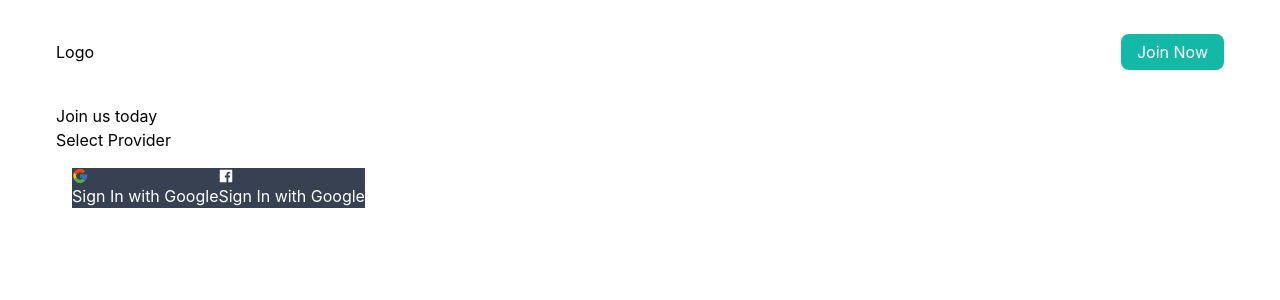
Repository: arafatmollah/auth-app
Page: /auth/login
An editor plug-in stored every save of this project. The page is shown before and after the next save, followed by the edit.
The browser window is 1280 px wide. The pictures show the whole page.
The project was rebuilt for these pictures with package versions that can differ from the ones it lists, and the page was loaded fresh each time. The framework's server and built-in components were replaced by stand-ins that run in the browser. Also part of the build but not shown: next.config.js.

Above is the page before, as saved 2022-10-03 21:08:19.

### pages/_app.js
import '../styles/globals.css'
import Layout from '../components/Layout'

function MyApp({ Component, pageProps }) {
 return(
  <Layout>
  <Component {...pageProps} />
 </Layout>
 )
}

export default MyApp

### pages/auth/login.js
import React from 'react'
import {FcGoogle} from 'react-icons/fc'
import {AiFillFacebook} from 'react-icons/ai'

export default function () {
  return (
    <div>
        <h2>Join us today</h2>
        <div>
            <p>Select Provider</p>
            <div className='flex p-4 fl'>
                <button className='bg-gray-700 text-white'>
                    <FcGoogle></FcGoogle>
                    Sign In with Google</button>
                <button className='bg-gray-700 text-white'>
                    <AiFillFacebook></AiFillFacebook>
                    Sign In with Google</button>
            </div>
        </div>
    </div>
  )
}

### components/Layout.js
import React from 'react'
import Nav from './Nav'

export default function Layout({children}) {
  return (
    <div className='mx-14'>
       <Nav></Nav>
        <main>
        {children}
        </main>
        </div>
  )
}

### components/Nav.js
import React from 'react'
import Link from 'next/link'

function Nav() {
  return (
    <div>
        <nav className='flex justify-between items-center py-10'>
        <Link href="/">Logo</Link>
        <ul>
            <Link href="/auth">
            <a className='py-2 px-4 bg-teal-500 my-5 rounded-lg text-white'>Join Now</a>
            </Link>
        </ul>
        </nav>
    </div>
  )
}

export default Nav

Loaded but not shown: styles/globals.css (common file); tailwind.config.js (common file)

After the next save:
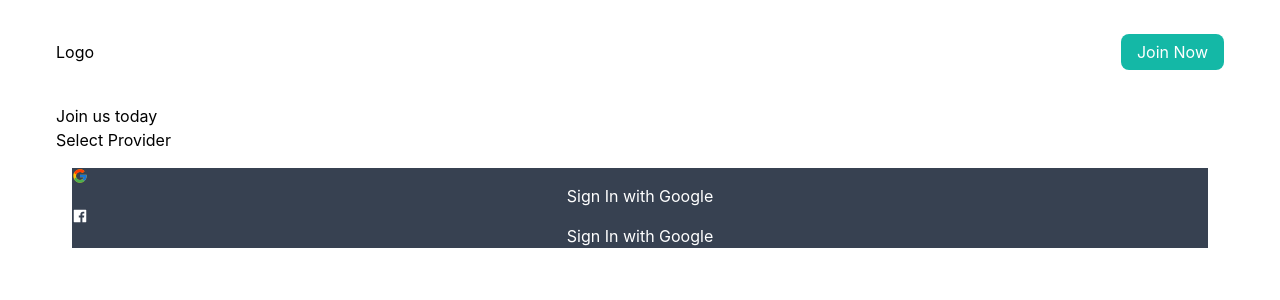
Saved 11 s later.
--- a/pages/auth/login.js
+++ b/pages/auth/login.js
@@ -8,7 +8,7 @@ export default function () {
         <h2>Join us today</h2>
         <div>
             <p>Select Provider</p>
-            <div className='flex p-4 fl'>
+            <div className='flex p-4 flex-col'>
                 <button className='bg-gray-700 text-white'>
                     <FcGoogle></FcGoogle>
                     Sign In with Google</button>
